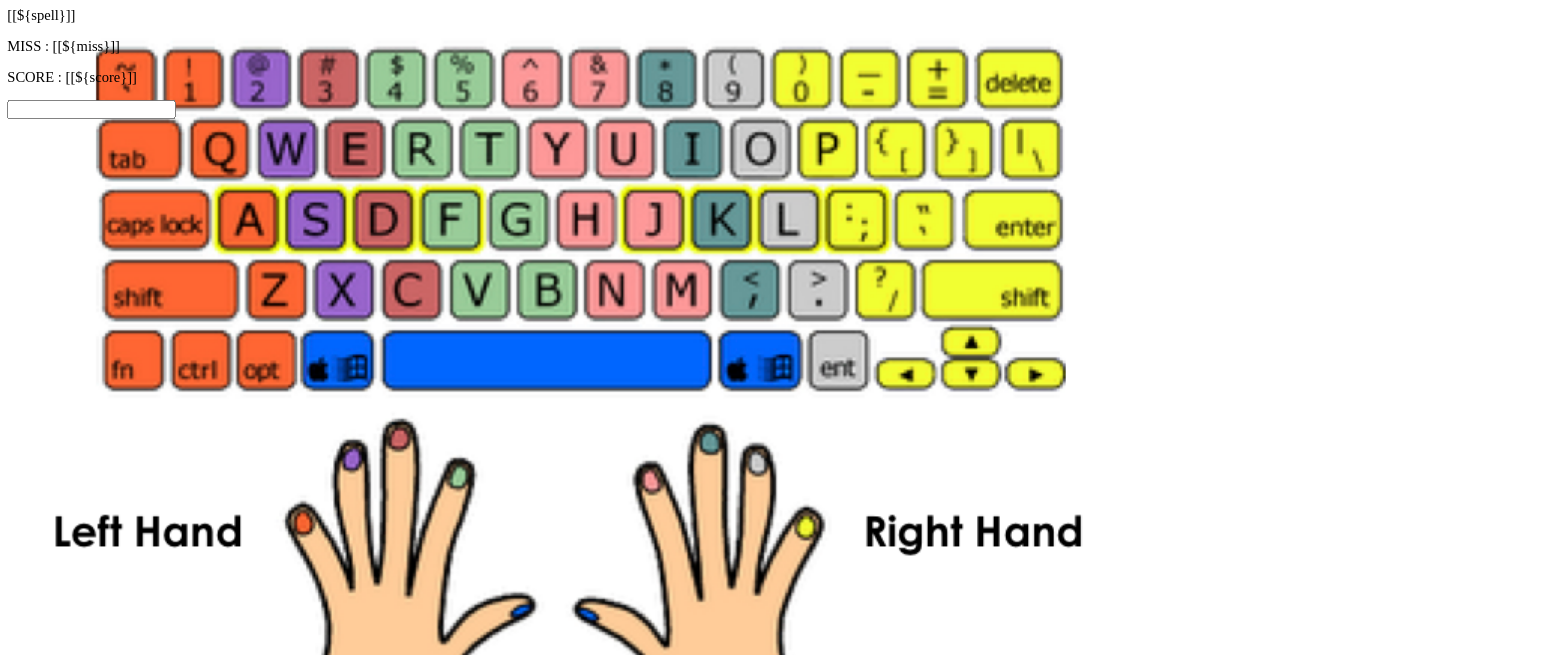
Repository: thaddeas01/typingskill
Page: src/main/resources/templates/single.html
An editor plug-in stored every save of this project. The page is shown before and after the next save, followed by the edit.
The browser window is 1280 px wide. The page is 1280 px wide, then 1722 px, so the pictures cover 1722 px, including what lies to the right of the window. The pictures show the whole page, at 91% of full size.

Above is the page before, as saved 2023-01-14 00:32:05.
Console error: SyntaxError: Unexpected token '{'

After the next save:
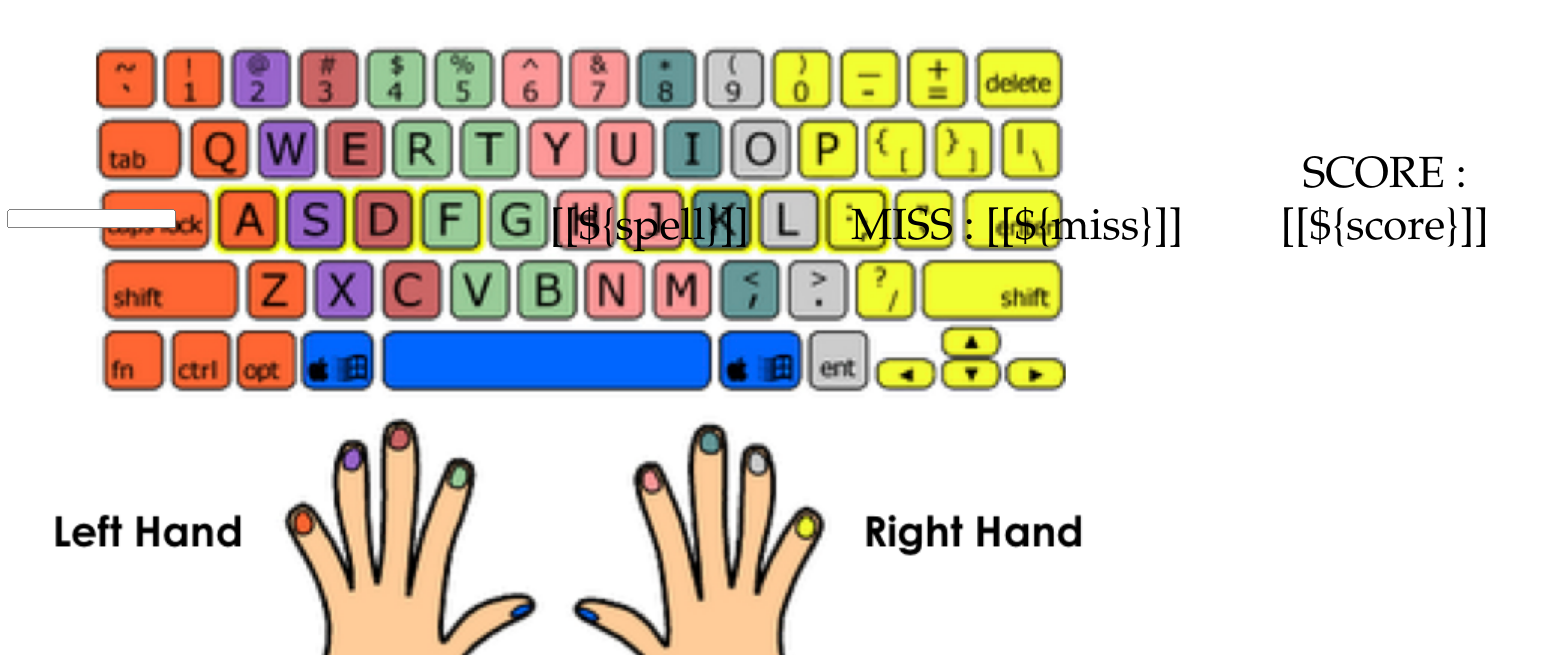
Saved 80 s later.
--- a/src/main/resources/templates/single.html
+++ b/src/main/resources/templates/single.html
@@ -5,9 +5,9 @@
 <body>
   <div id="app"></div>
 
-  <p class="first"> [[${spell}]]</p>
-  <p class="second"> MISS : [[${miss}]]</p>
-  <p class="third"> SCORE : [[${score}]]</p>
+  <p class="word"> [[${spell}]]</p>
+  <p class="word"> MISS : [[${miss}]]</p>
+  <p class="word"> SCORE : [[${score}]]</p>
   <form th:action="@{/hantei(prob=${spell},miss=${miss},score=${score})}" method="post">
     <input type="text" name="answer" id="firstinput">
   </form>
@@ -20,6 +20,18 @@
       background-size: cover;
     }
 
+    .word{
+      font-size: 3em;
+      width: 400px;
+      height: 100px;
+      font-family: "garamond", serif;
+      position: relative;
+      text-align: center;
+      top: 20%;
+      left: 40%;
+      display: inline-block;
+      margin-top: 1rem;
+    }
   .base-timer {
     position: relative;
     width: 150px;
